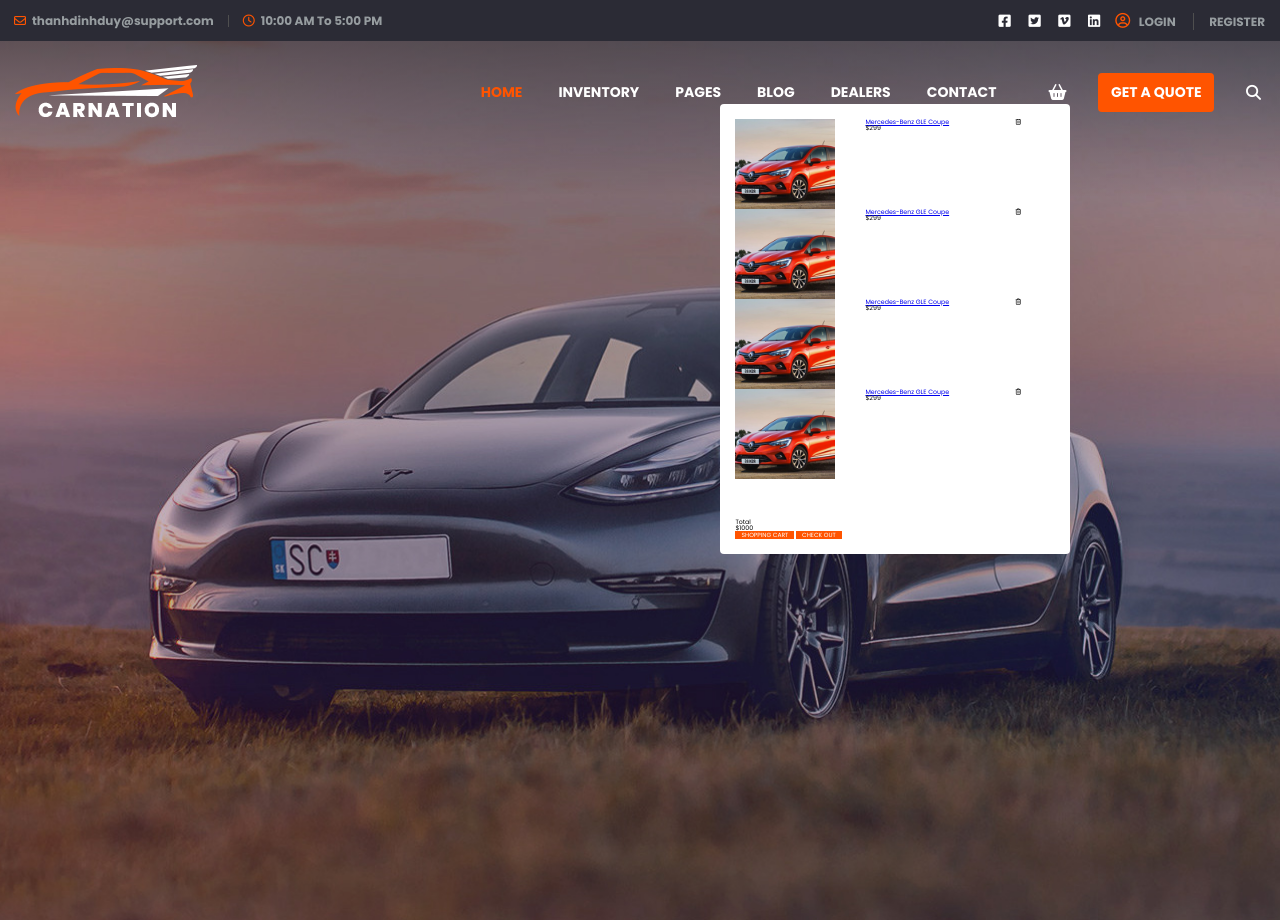
Repository: thanhdinh01/shopcar
Page: index.html
The author's editor kept a copy of each file at every save. The page is drawn from the files as they stood at one save, then again after the next save.
The browser window is 1280 px wide. The pictures show the whole page.
Some web libraries are served in a nearby version. The style sheet was rebuilt from its Sass, Less or Tailwind sources for each picture, by a compiler version that may differ from the author's.

Above is the page before, as saved 2022-08-10 19:16:51.

After the next save:
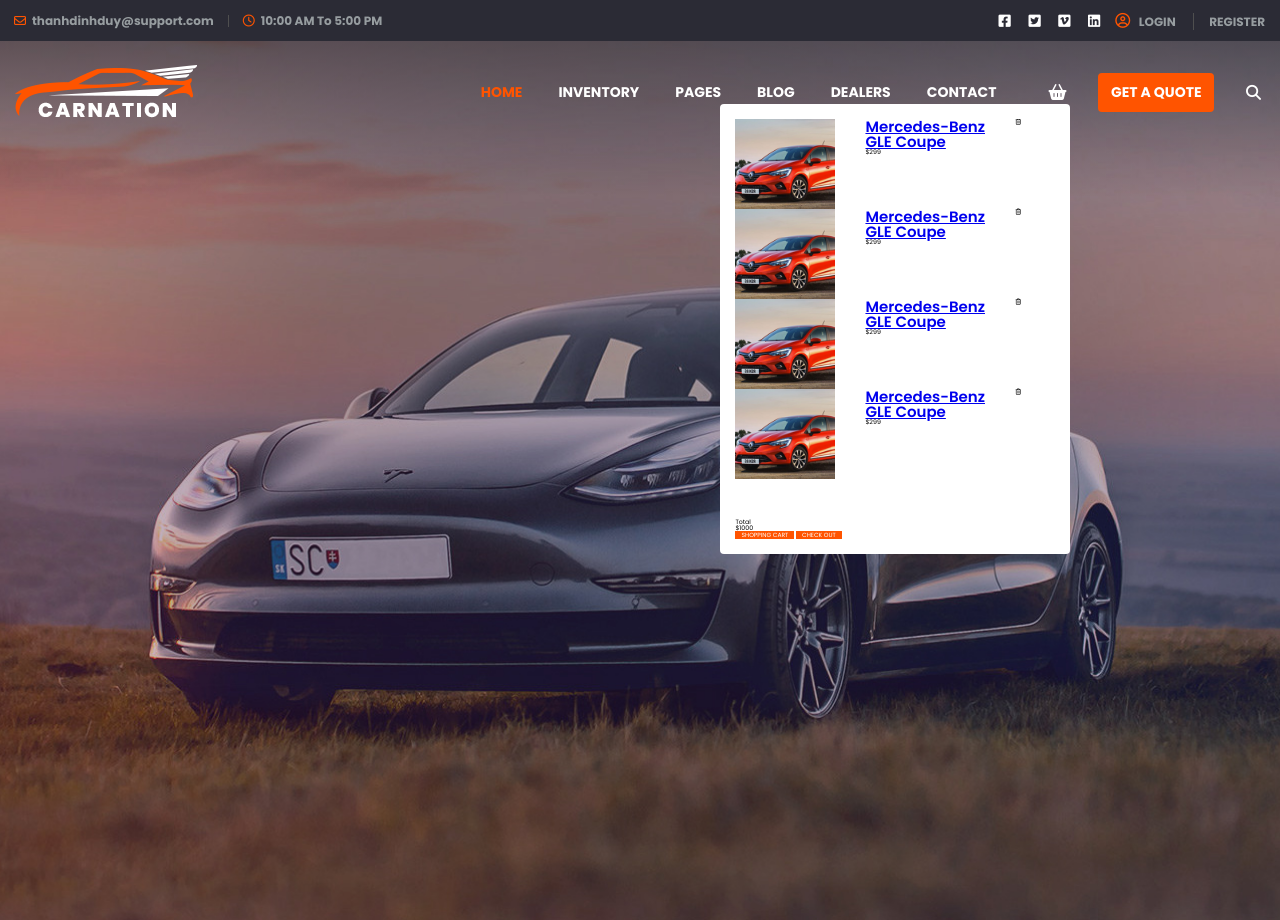
Saved 79 s later.
--- a/css/_header.scss
+++ b/css/_header.scss
@@ -177,6 +177,10 @@
               .product-desc {
                 display: flex;
                 flex-direction: column;
+                .product-title{
+                  font-size: 1.5rem;
+                  font-weight: 600;
+                }
               }
             }
           }
